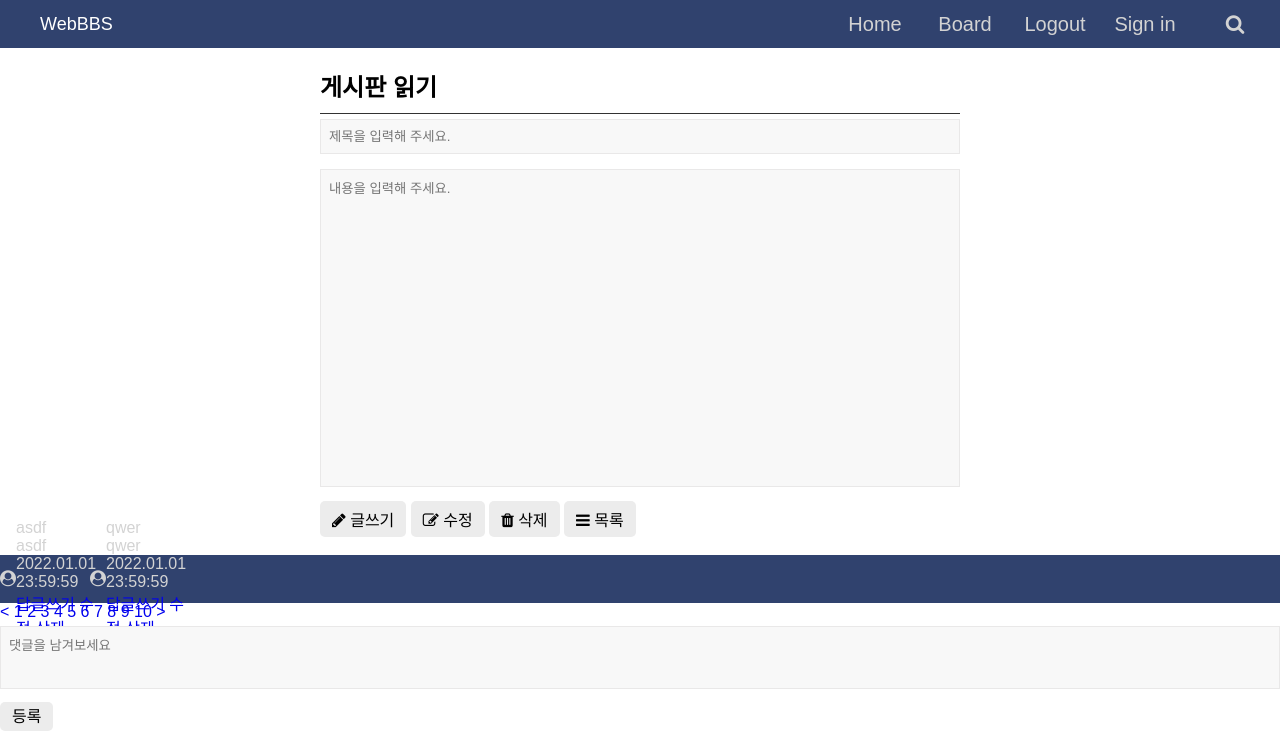
Repository: TheChok/springBbsClone
Page: http://localhost/bbsProject/WEB-INF/views/board3.jsp
The author's editor kept a copy of each file at every save. The page is drawn from the files as they stood at one save, then again after the next save.
The browser window is 1280 px wide. The pictures show the whole page.
Some web libraries are served in a nearby version. The page is served by Tomcat 9. Nobody is signed in. Other server files are loaded and not shown. The template is opened directly, without the code that normally fills it, so the values that code supplies are empty.

Above is the page before, as saved 2023-09-27 10:35:55.

### bbsProject/src/main/webapp/WEB-INF/views/board3.jsp
<%@ page contentType="text/html;charset=UTF-8" language="java" %>
<%@taglib prefix="c" uri="http://java.sun.com/jstl/core_rt" %>
<%@ page session="true"%>
<c:set var="loginId" value="${sessionScope.id}"/>
<c:set var="loginOutLink" value="${loginId=='' ? '/login/login' : '/login/logout'}"/>
<%-- <c:set var="loginOut" value="${loginId=='' ? 'Login' : 'ID='+=loginId}"/> --%>
<c:set var="loginOut" value="${loginId=='' ? 'Login' : 'Logout'}"/>
<!DOCTYPE html>
<html>
<head>
  	<meta charset="UTF-8">
  	<title>WebBBS</title>
  	<link rel="stylesheet" href="<c:url value='/css/menu.css'/>">
  	<link rel="stylesheet" href="https://cdnjs.cloudflare.com/ajax/libs/font-awesome/4.7.0/css/font-awesome.min.css">
  	<script src="https://code.jquery.com/jquery-1.11.3.js"></script>
  	<style>
    * {
      box-sizing: border-box;
      margin: 0;
      padding: 0;
      font-family: "Noto Sans KR", sans-serif;
    }

    .container {
      width : 50%;
      margin : auto;
    }

    .writing-header {
      position: relative;
      margin: 20px 0 0 0;
      padding-bottom: 10px;
      border-bottom: 1px solid #323232;
    }

    input {
      width: 100%;
      height: 35px;
      margin: 5px 0px 10px 0px;
      border: 1px solid #e9e8e8;
      padding: 8px;
      background: #f8f8f8;
      outline-color: #e6e6e6;
    }

    textarea {
      width: 100%;
      background: #f8f8f8;
      margin: 5px 0px 10px 0px;
      border: 1px solid #e9e8e8;
      resize: none;
      padding: 8px;
      outline-color: #e6e6e6;
    }

    .frm {
      width:100%;
    }
    .btn {
      background-color: rgb(236, 236, 236); /* Blue background */
      border: none; /* Remove borders */
      color: black; /* White text */
      padding: 6px 12px; /* Some padding */
      font-size: 16px; /* Set a font size */
      cursor: pointer; /* Mouse pointer on hover */
      border-radius: 5px;
    }

    .btn:hover {
      text-decoration: underline;
    }
	</style>
</head>
<body>
	<script>
		  let msg = "${msg}";
		  if(msg=="WRT_ERR") alert("게시물 등록에 실패하였습니다. 다시 시도해 주세요.");
		  if(msg=="MOD_ERR") alert("게시물 수정에 실패하였습니다. 다시 시도해 주세요.");
	</script>

	<!-- menu -->
	<div id="menu">
	  	<ul>
	    	<li id="logo">WebBBS</li>
		    <li><a href="<c:url value='/'/>">Home</a></li>
		    <li><a href="<c:url value='/board/list'/>">Board</a></li>
		    <li><a href="<c:url value='${loginOutLink}'/>">${loginOut}</a></li>
		    <li><a href="<c:url value='/register/add'/>">Sign in</a></li>
		    <li><a href=""><i class="fa fa-search"></i></a></li>
	  	</ul>
	</div>

	<!-- container -->
	<div class="container">
		<h2 class="writing-header">게시판 ${mode=="new" ? "글쓰기" : "읽기"}</h2>
		<form id="form" class="frm" action="" method="post">
		    <input type="hidden" name="bno" value="${boardDto.bno}" />
		    <input name="title" type="text" value="<c:out value='${boardDto.title}'/>" placeholder="제목을 입력해 주세요." ${mode=="new" ? "" : "readonly='readonly'"} />
		    <br/>
		    <textarea name="content" rows="20" placeholder="내용을 입력해 주세요." ${mode=="new" ? "" : "readonly='readonly'"}><c:out value="${boardDto.content}"/></textarea>
		    <br/>

		    <c:if test="${mode eq 'new'}">
		    	<button type="button" id="writeBtn" class="btn btn-write">
		    		<i class="fa fa-pencil"></i>
		    		등록
		    	</button>
		    </c:if>
		    <c:if test="${mode ne 'new'}">
		    	<button type="button" id="writeNewBtn" class="btn btn-write">
		    		<i class="fa fa-pencil"></i>
		    		글쓰기
		    	</button>
		    </c:if>
		    <c:if test="${boardDto.writer eq loginId}">
		    	<button type="button" id="modifyBtn" class="btn btn-modify">
		    		<i class="fa fa-edit"></i>
		    		수정
		    	</button>
		    	<button type="button" id="removeBtn" class="btn btn-remove">
		    		<i class="fa fa-trash"></i>
		    		삭제
		    	</button>
		    </c:if>
			<button type="button" id="listBtn" class="btn btn-list">
				<i class="fa fa-bars"></i>
				목록
			</button>
		</form>
	</div>
	<br/>
	<div id="commentList">
        <ul>
            <li class="comment-item" data-cno="1" data-bno="1070">
                <span class="comment-img">
                    <i class="fa fa-user-circle" aria-hidden="true"></i>
                </span>
                <div class="comment-area">
                    <div class="commenter">asdf</div>
                    <div class="comment-content">asdf
                    </div>
                    <div class="comment-bottom">
                        <span class="up_date">2022.01.01 23:59:59</span>
                        <a href="#" class="btn-write"  data-cno="1" data-bno="1070" data-pcno="">답글쓰기</a>
                        <a href="#" class="btn-modify" data-cno="1" data-bno="1070" data-pcno="">수정</a>
                        <a href="#" class="btn-delete" data-cno="1" data-bno="1070" data-pcno="">삭제</a>
                    </div>
                </div>
            </li>
            <li class="comment-item" data-cno="2" data-bno="1070">
                <span class="comment-img">
                    <i class="fa fa-user-circle" aria-hidden="true"></i>
                </span>
                <div class="comment-area">
                    <div class="commenter">qwer</div>
                    <div class="comment-content">qwer
                    </div>
                    <div class="comment-bottom">
                        <span class="up_date">2022.01.01 23:59:59</span>
                        <a href="#" class="btn-write"  data-cno="2" data-bno="1070" data-pcno="">답글쓰기</a>
                        <a href="#" class="btn-modify" data-cno="2" data-bno="1070" data-pcno="">수정</a>
                        <a href="#" class="btn-delete" data-cno="2" data-bno="1070" data-pcno="">삭제</a>
                    </div>
                </div>
            </li>
        </ul>
        <div class="paging-container">
            <div class="paging">
                <a class="page" href="#">&lt;</a>
                <a class="page" href="#">1</a>
                <a class="page" href="#">2</a>
                <a class="page" href="#">3</a>
                <a class="page" href="#">4</a>
                <a class="page paging-active" href="#">5</a>
                <a class="page" href="#">6</a>
                <a class="page" href="#">7</a>
                <a class="page" href="#">8</a>
                <a class="page" href="#">9</a>
                <a class="page" href="#">10</a>
                <a class="page" href="#">&gt;</a>
            </div>
        </div>
        <div id="comment-writebox">
            <div class="commenter commenter-writebox">${id}</div>
            <div class="comment-writebox-content">
                <textarea name="" id="" cols="30" rows="3" placeholder="댓글을 남겨보세요"></textarea>
            </div>
            <div id="comment-writebox-bottom">
                <div class="register-box">
                    <a href="#" class="btn" id="btn-write-comment">등록</a>
                </div>
            </div>
        </div>
    </div>



	<script>
		/* document.ready */
		$(document).ready(function(){
		    // formCheck
			let formCheck = function() {
		    	let form = document.getElementById("form");
		    	if(form.title.value=="") {
		        	alert("제목을 입력해 주세요.");
		        	form.title.focus();
		        	return false;
			    }

		    	if(form.content.value=="") {
		        	alert("내용을 입력해 주세요.");
		        	form.content.focus();
		        	return false;
			    }
		    	return true;
		    }

		    // writeNewBtn.click
		    $("#writeNewBtn").on("click", function(){
		      location.href="<c:url value='/board/write'/>";
		    });

		    // writeBtn.click
		    $("#writeBtn").on("click", function(){
		    	let form = $("#form");
		    	form.attr("action", "<c:url value='/board/write'/>");
		    	form.attr("method", "post");

		    	if(formCheck())	form.submit();
		    });

		    // modifyBtn.click
		    $("#modifyBtn").on("click", function(){
		    	let form 		= $("#form");
		    	let isReadonly 	= $("input[name=title]").attr('readonly');

		    	// 1. 읽기 상태이면, 수정 상태로 변경
		    	if(isReadonly=='readonly') {
		        	$(".writing-header").html("게시판 수정");
		        	$("input[name=title]").attr('readonly', false);
		        	$("textarea").attr('readonly', false);
		        	$("#modifyBtn").html("<i class='fa fa-pencil'></i> 등록");
		        	return;
		    	}

		    	// 2. 수정 상태이면, 수정된 내용을 서버로 전송
		    	form.attr("action", "<c:url value='/board/modify${searchCondition.queryString}'/>");
		    	form.attr("method", "post");
		    	if(formCheck())	form.submit();
		    });

		    // removeBtn.click
		    $("#removeBtn").on("click", function(){
		    	if(!confirm("정말로 삭제하시겠습니까?")) return;

		    	let form = $("#form");
		    	form.attr("action", "<c:url value='/board/remove${searchCondition.queryString}'/>");
		    	form.attr("method", "post");
		    	form.submit();
		    });

		    // listBtn.click
		    $("#listBtn").on("click", function(){
				location.href="<c:url value='/board/list${searchCondition.queryString}'/>";
		    });

		}); // End - document.ready
	</script>

</body>
</html>

Loaded but not shown: bbsProject/src/main/webapp/resources/css/menu.css (common file)

After the next save:
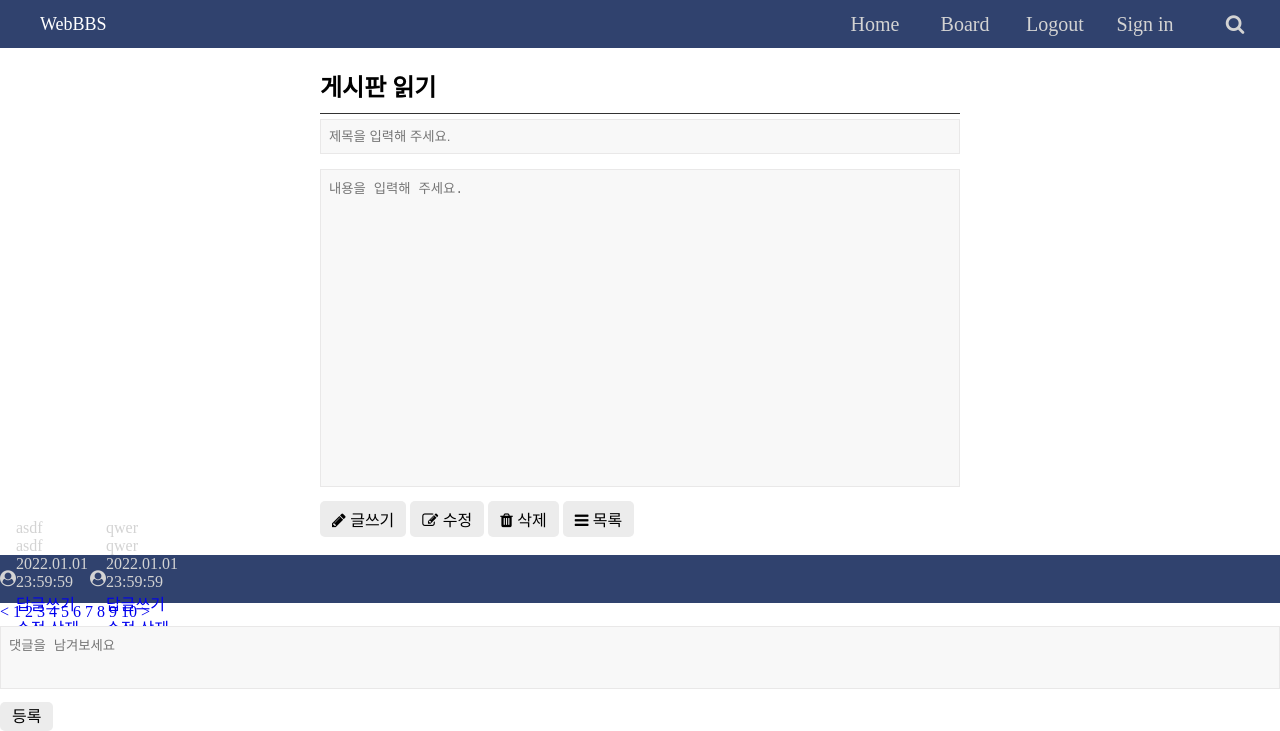
Saved 32 s later.
--- a/bbsProject/src/main/webapp/WEB-INF/views/board3.jsp
+++ b/bbsProject/src/main/webapp/WEB-INF/views/board3.jsp
@@ -15,10 +15,8 @@
   	<script src="https://code.jquery.com/jquery-1.11.3.js"></script>
   	<style>
     * {
-      box-sizing: border-box;
       margin: 0;
       padding: 0;
-      font-family: "Noto Sans KR", sans-serif;
     }
 
     .container {

After the save that followed:
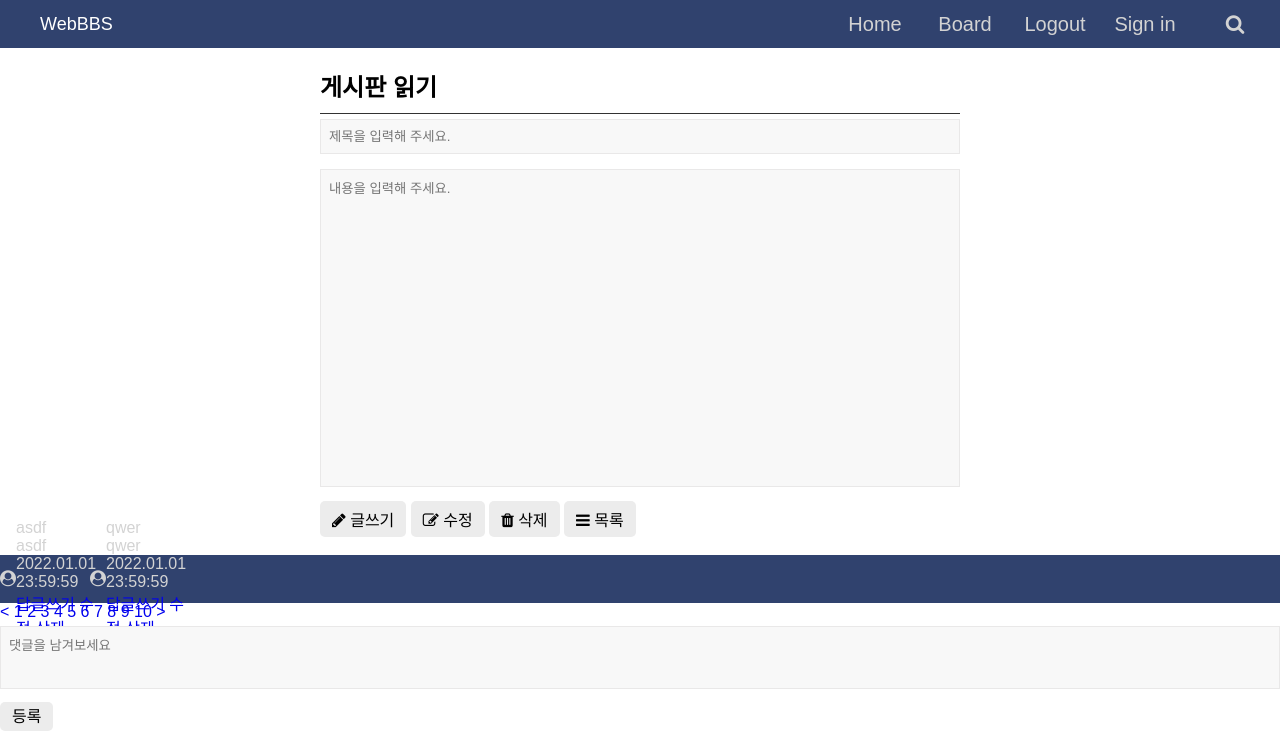
Saved 8 s later.
--- a/bbsProject/src/main/webapp/WEB-INF/views/board3.jsp
+++ b/bbsProject/src/main/webapp/WEB-INF/views/board3.jsp
@@ -15,8 +15,10 @@
   	<script src="https://code.jquery.com/jquery-1.11.3.js"></script>
   	<style>
     * {
+      box-sizing: border-box;
       margin: 0;
       padding: 0;
+      font-family: "Noto Sans KR", sans-serif;
     }
 
     .container {
